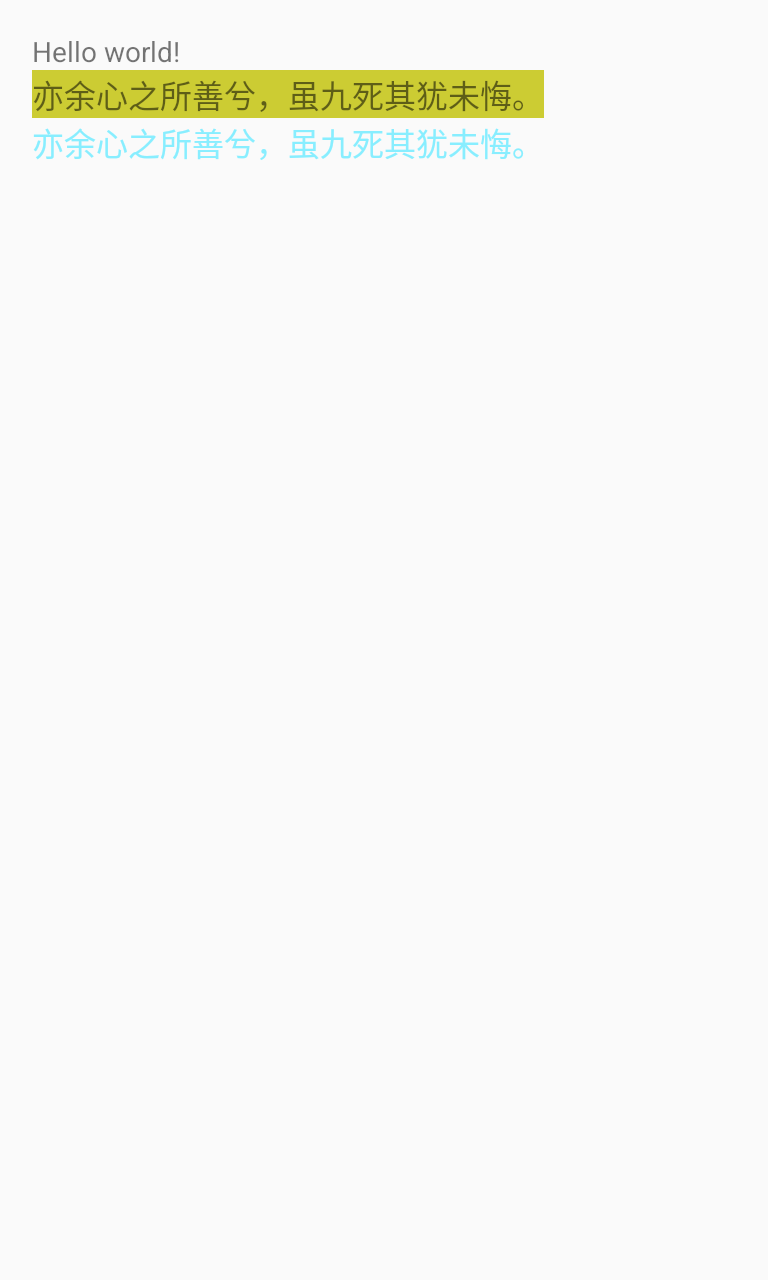
Repository: duhei/cici
Layout: GitHubFrist/res/layout/activity_main.xml
These files come from the project's save history. The layout is drawn as it stood at one moment and after the next save; the edit follows.
It is drawn on a 768 x 1280 px phone screen (xhdpi) without system bars, with theme AppTheme; the app's code is not run.

Above is the layout before, as saved 2015-07-10 07:34:56.

After the next save:
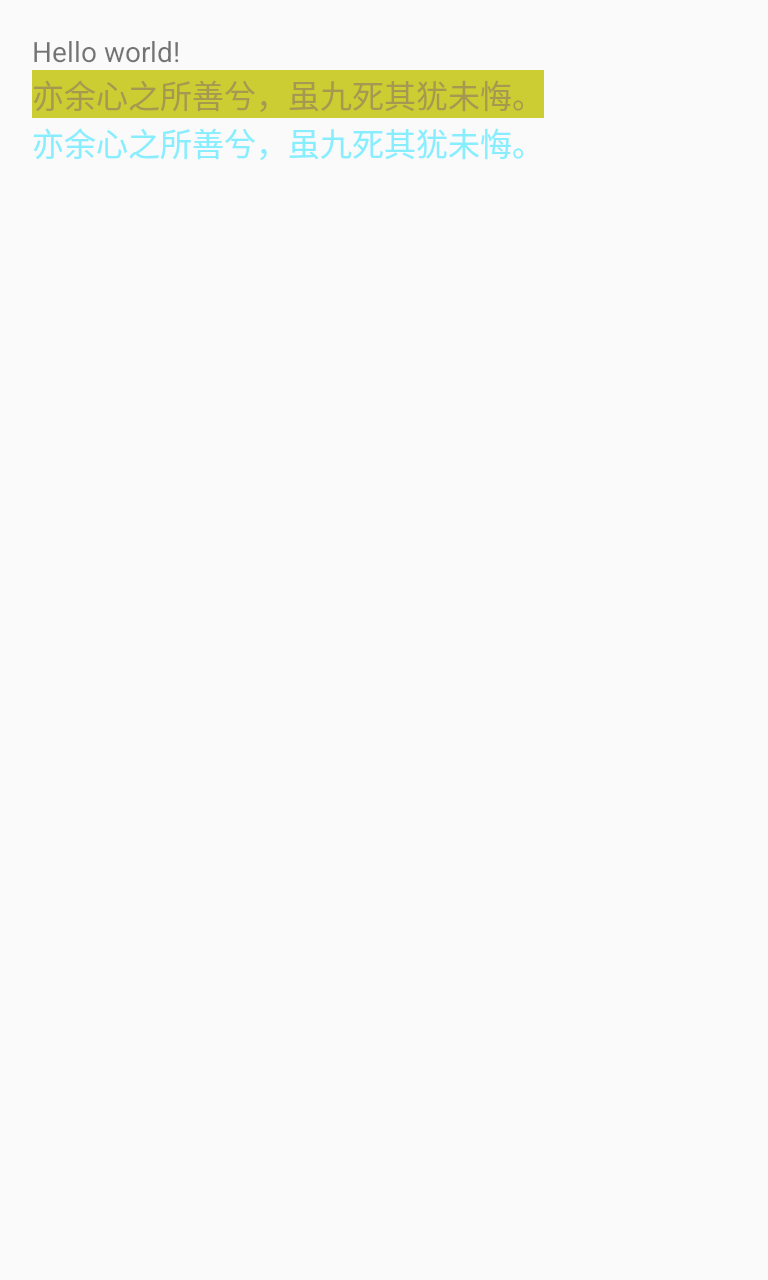
Saved 28 s later.
--- a/GitHubFrist/res/layout/activity_main.xml
+++ b/GitHubFrist/res/layout/activity_main.xml
@@ -19,6 +19,7 @@
         style="@style/warp_content"
         android:text="@string/lisao"
         android:background="#FFCCCC33"
+        android:textColor="#99887766"
         android:textSize="16dp"
         />
 
